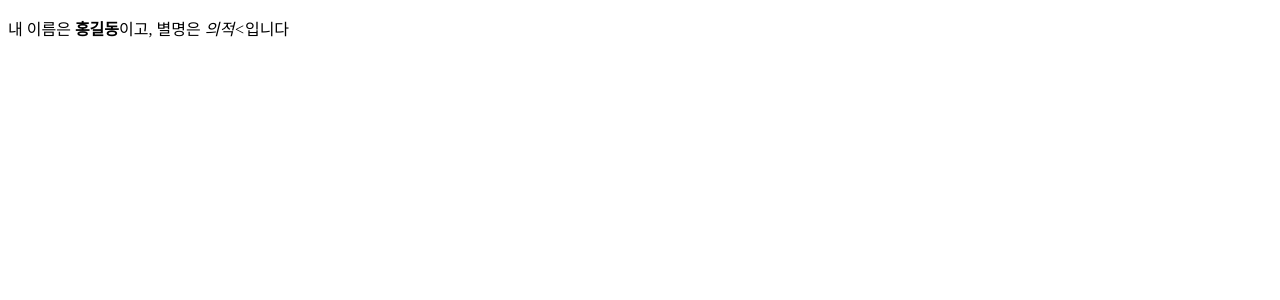
Repository: chopilyeon/JavaWeb
Page: LectureWeb/src/main/webapp/jquery/exam03.html
The author's editor kept a copy of each file at every save. The page is drawn from the files as they stood at one save, then again after the next save.
The browser window is 1280 px wide. The pictures show the whole page.

Above is the page before, as saved 2022-05-30 06:39:30.

### LectureWeb/src/main/webapp/jquery/exam03.html
<!DOCTYPE html>
<html>
<head>
<meta charset="UTF-8">
<title>Insert title here</title>
<script src ="https://code.jquery.com/jquery-3.6.0.js"></script>
<script>
$(document).ready(function(){

})
</script>




</head>
<body>
	<p>
		내 이름은 <b>홍길동</b>이고, 별명은 <i>의적<</i>입니다
	</p>

</body>
</html>

After the next save:
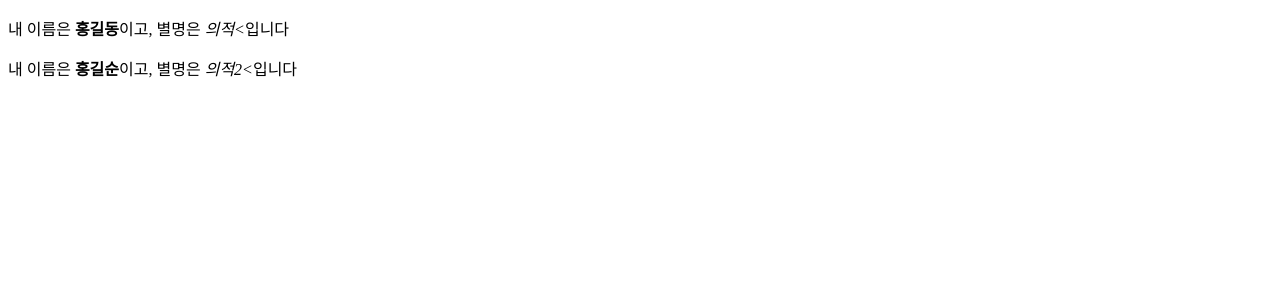
Saved 62 s later.
--- a/LectureWeb/src/main/webapp/jquery/exam03.html
+++ b/LectureWeb/src/main/webapp/jquery/exam03.html
@@ -18,6 +18,11 @@ $(document).ready(function(){
 	<p>
 		내 이름은 <b>홍길동</b>이고, 별명은 <i>의적<</i>입니다
 	</p>
+	<p>
+		내 이름은 <strong>홍길순</strong>이고, 별명은 <em>의적2<</em>입니다
+	</p>
+
+
 
 </body>
 </html>
